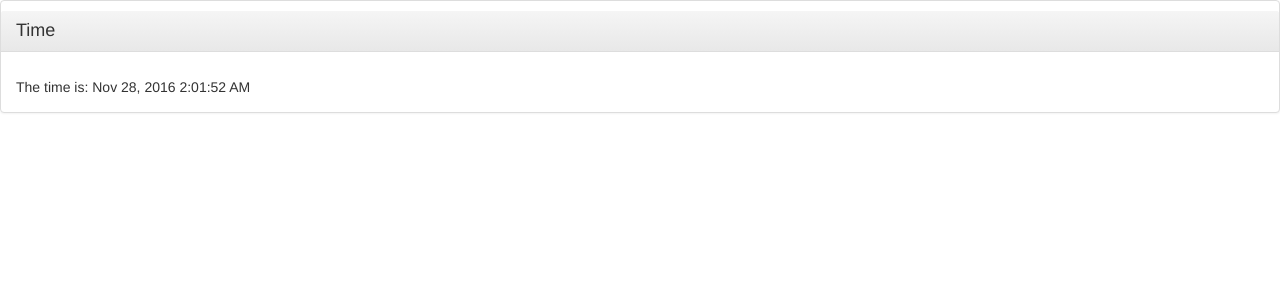
Repository: chisun-joung/workplace
Page: angularJS/WebContent/Chap19_GlobalService/P565_Interval.html
An editor plug-in stored every save of this project. The page is shown before and after the next save, followed by the edit.
The browser window is 1280 px wide. The pictures show the whole page.
Some web libraries are served in a nearby version.

Above is the page before, as saved 2016-12-01 05:15:39.

### angularJS/WebContent/Chap19_GlobalService/P565_Interval.html
<!DOCTYPE html>
<html ng-app="exampleApp">
<head>
	<title>DOM API Services</title>
	<script src="https://ajax.googleapis.com/ajax/libs/angularjs/1.2.9/angular.js"></script>
	<link href="bootstrap.css" rel="stylesheet" />
	<link href="bootstrap-theme.css" rel="stylesheet" />
	<script>
		angular.module("exampleApp", [])
		.controller("defaultCtrl",['$scope','$interval','$filter', function ($scope, $interval, $filter) {
			var timer = $interval(function() {
				var today = $filter('date')(new Date(),'medium');
				$scope.time = today;
			}, 3000)
		}]);
	</script>
</head>
<body ng-controller="defaultCtrl">
	<div class="panel panel-default">
		<h4 class="panel-heading">Time</h4>
		<div class="panel-body">
			The time is: {{time}}
		</div>
	</div>
</body>
</html>

Loaded but not shown: angularJS/WebContent/Chap19_GlobalService/bootstrap.css (library); angularJS/WebContent/Chap19_GlobalService/bootstrap-theme.css (library)

After the next save:
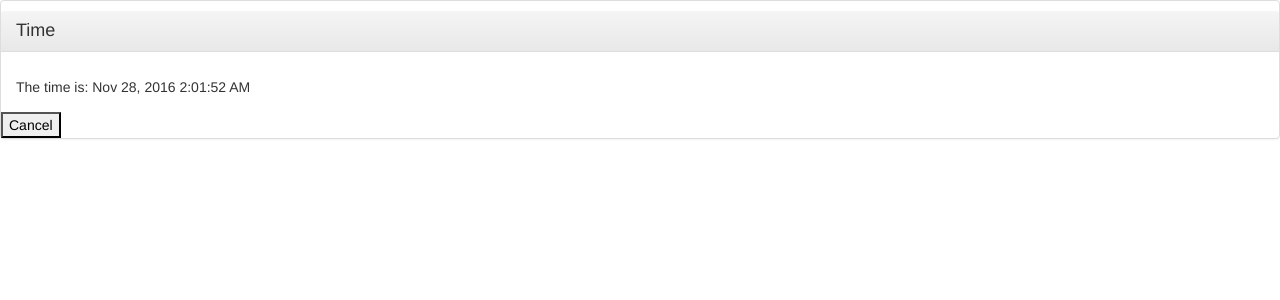
Saved 5 min 25 s later.
--- a/angularJS/WebContent/Chap19_GlobalService/P565_Interval.html
+++ b/angularJS/WebContent/Chap19_GlobalService/P565_Interval.html
@@ -7,12 +7,31 @@
 	<link href="bootstrap-theme.css" rel="stylesheet" />
 	<script>
 		angular.module("exampleApp", [])
-		.controller("defaultCtrl",['$scope','$interval','$filter', function ($scope, $interval, $filter) {
-			var timer = $interval(function() {
-				var today = $filter('date')(new Date(),'medium');
+		.controller("defaultCtrl", function ($scope, $timeout, $interval, $filter) {
+
+
+			// interval은 지정한 시간마다 1번씩 실행된다
+			// timeout은 경과 시간이 되면 딱 1번만 실행하고 종료한다.
+			var timer = $timeout(function(){
+				var today = $filter('date')(new Date(), 'medium');
 				$scope.time = today;
+				return today;
 			}, 3000)
-		}]);
+
+			// promise 객체를 리턴해 준다.
+			timer.then(
+				// 성공적으로 실행되면 실행되는 함수
+				function(data){
+				console.log(data);
+			}, function(data){
+				// 실행이 실패하면 실행되는 함수.
+				console.log(data);
+			})
+
+			$scope.cancel = function(){
+				$timeout.cancel(timer);
+			}
+		});
 	</script>
 </head>
 <body ng-controller="defaultCtrl">
@@ -21,6 +40,7 @@
 		<div class="panel-body">
 			The time is: {{time}}
 		</div>
+		<button ng-click="cancel()">Cancel</button>
 	</div>
 </body>
 </html>
